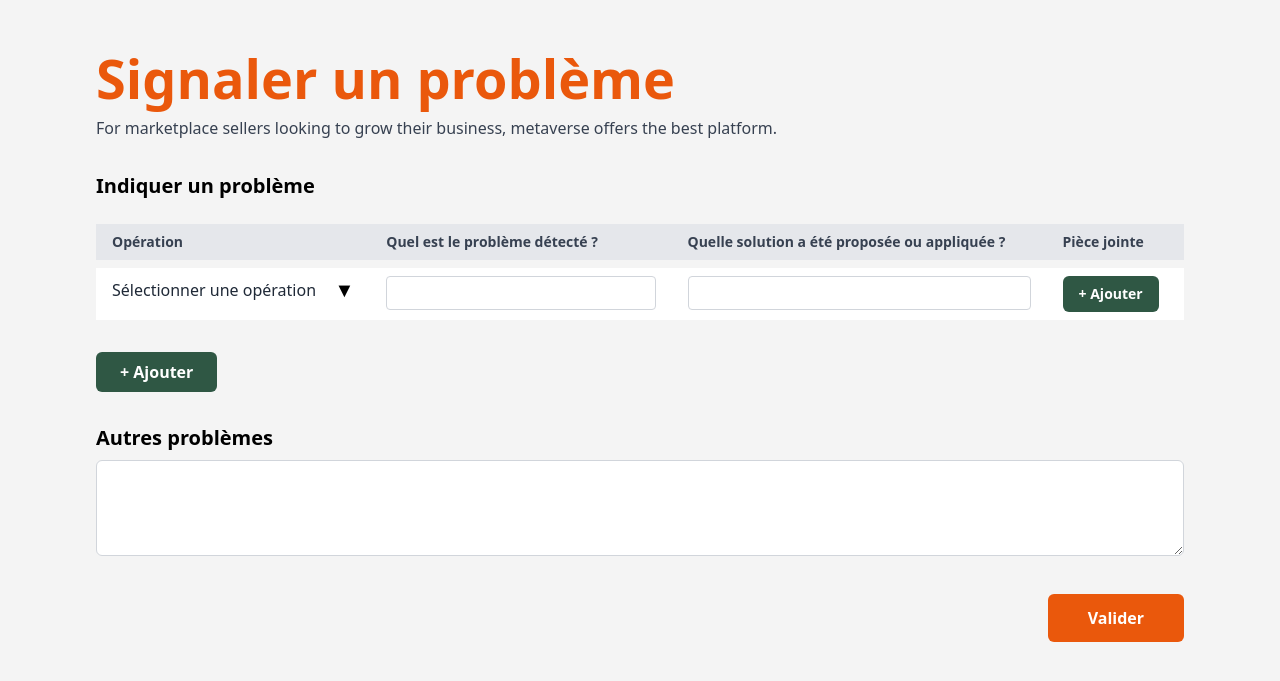
Repository: 123455675848484848484884848484/Projet_2cs
Page: /signal (app in front/)
The author's editor kept a copy of each file at every save. The page is drawn from the files as they stood at one save, then again after the next save.
The browser window is 1280 px wide. The pictures show the whole page.
The project was rebuilt for these pictures with package versions that can differ from the ones it lists, and the page was loaded fresh each time. Also part of the build but not shown: front/src/App.css, front/src/LancerPuit.jsx, front/src/InformationPuit.jsx, front/src/Login.jsx, front/src/MesPuits.jsx, front/src/PhasesPrevision.jsx, front/src/OperationsPrevision.jsx, front/src/FichierJournalier.jsx.

Above is the page before, as saved 2025-04-24 14:25:06.

After the next save:
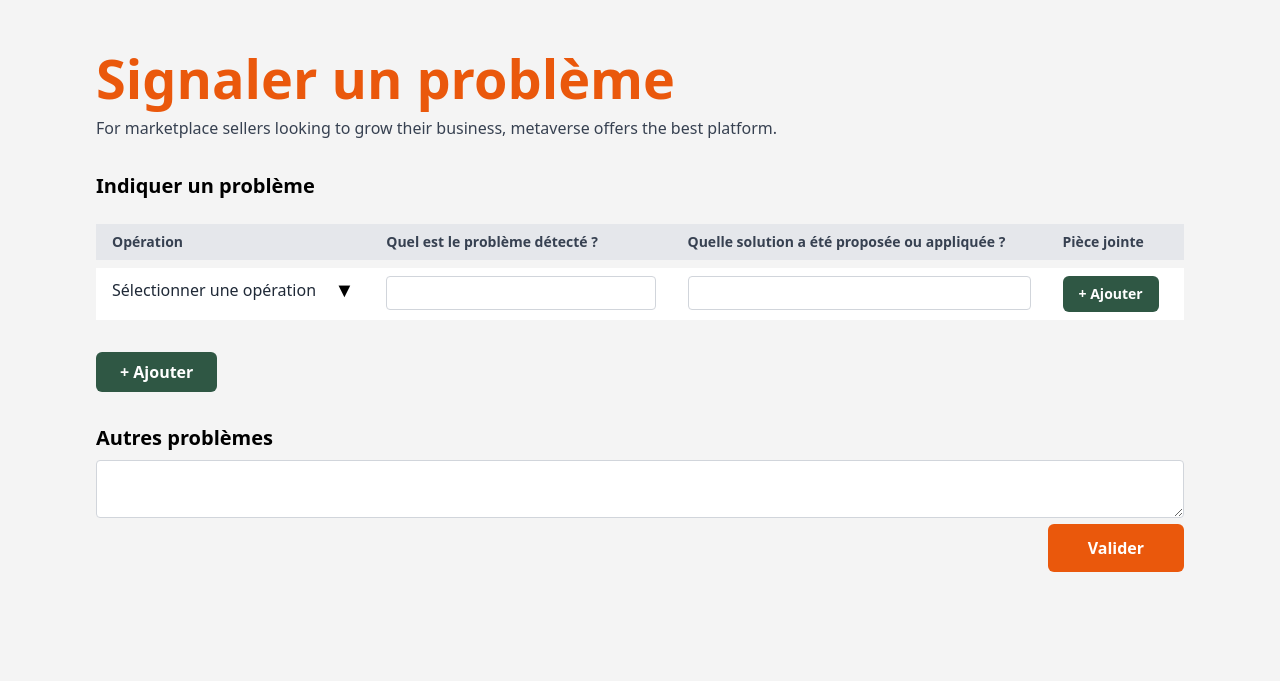
Saved 2 min 30 s later.
--- a/front/src/SignalerProbleme.jsx
+++ b/front/src/SignalerProbleme.jsx
@@ -128,7 +128,7 @@ const SignalerProbleme = () => {
                     type="text"
                     value={row.probleme}
                     onChange={(e) => handleChange(index, "probleme", e.target.value)}
-                    className="w-full border border-gray-300 rounded px-2 py-1 focus:outline-none focus:ring-0 focus:border-orange-600 focus:text-orange-600"
+                    className="w-full border border-gray-300 rounded px-2 py-1 focus:outline-none focus:ring-0 focus:border-orange-600"
                   />
                 </td>
                 <td className="px-4 py-2 align-top">
@@ -136,7 +136,7 @@ const SignalerProbleme = () => {
                     type="text"
                     value={row.solution}
                     onChange={(e) => handleChange(index, "solution", e.target.value)}
-                    className="w-full border border-gray-300 rounded px-2 py-1 focus:outline-none focus:ring-0 focus:border-orange-600 focus:text-orange-600"
+                    className="w-full border border-gray-300 rounded px-2 py-1 focus:outline-none focus:ring-0 focus:border-orange-600"
                   />
                 </td>
                 <td className="px-4 py-2 align-top">
@@ -165,7 +165,7 @@ const SignalerProbleme = () => {
 
       <h2 className="text-xl font-semibold mb-2">Autres problèmes</h2>
       <textarea
-        className="w-full h-24 border border-gray-300 rounded-md p-3 mb-8 focus:outline-none focus:ring-0 focus:border-orange-600 focus:text-orange-600"
+       className="w-full border border-gray-300 rounded px-2 py-1 focus:outline-none focus:ring-0 focus:border-orange-600"
         placeholder=""
         value={autresProblemes}
         onChange={(e) => setAutresProblemes(e.target.value)}
